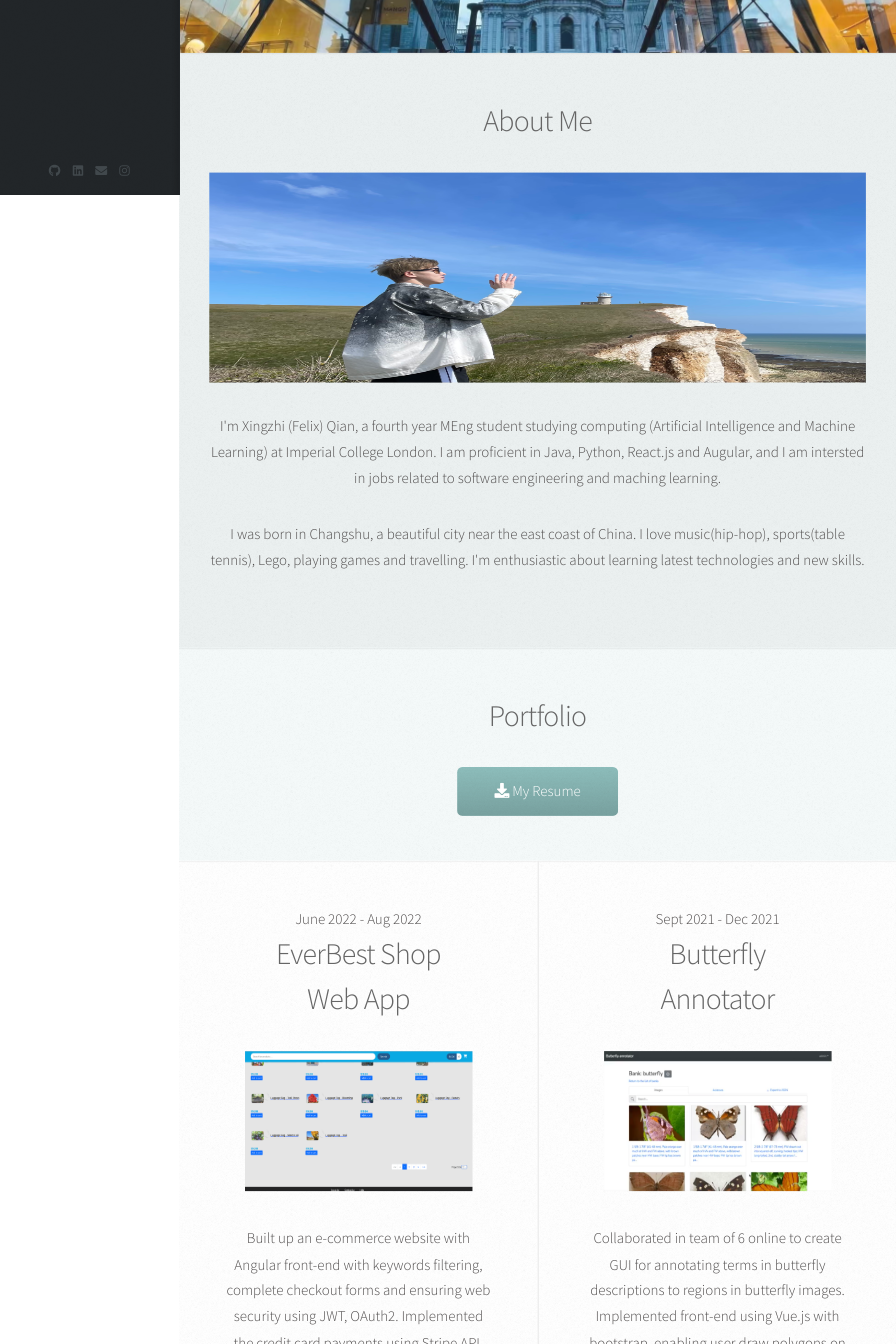
Repository: Felixqxz/Felixqxz.github.io
Page: index.html
An editor plug-in stored every save of this project. The page is shown before and after the next save, followed by the edit.
The browser window is 1280 px wide. The pictures show the part of the page from y = 442 to 2362 px (the page is 5353 px tall before and 5453 px after), at 70% of full size.

Above is the page before, as saved 2022-08-07 20:01:25.

### index.html
<!DOCTYPE HTML>
<!--
	Prologue by HTML5 UP
	html5up.net | @ajlkn
	Free for personal and commercial use under the CCA 3.0 license (html5up.net/license)
-->
<html>
	<head>
		<title>Felix's Portfolio</title>
		<meta charset="utf-8" />
		<meta name="viewport" content="width=device-width, initial-scale=1, user-scalable=no" />
		<link rel="stylesheet" href="assets/css/main.css" />
	</head>
	<body class="is-preload">

		<!-- Header -->
			<div id="header">

				<div class="top">

					<!-- Logo -->
						<div id="logo">
							<span class="image avatar48"><img src="images/avatar.jpg" alt="" /></span>
							<h1 id="title">Xingzhi Qian</h1>
							<p>Imperial College London</p>
						</div>

					<!-- Nav -->
						<nav id="nav">
							<ul>
								<li><a href="#top" id="top-link"><span class="icon solid fa-home">Intro</span></a></li>
								<li><a href="#about" id="about-link"><span class="icon solid fa-user">About Me</span></a></li>
								<li><a href="#portfolio" id="portfolio-link"><span class="icon solid fa-th">Portfolio</span></a></li>
								<!-- <li><a href="#contact" id="contact-link"><span class="icon solid fa-envelope">Contact</span></a></li> -->
							</ul>
						</nav>

				</div>

				<div class="bottom">

					<!-- Social Icons -->
						<ul class="icons">
							<li><a href="https://github.com/Felixqxz" class="icon brands fa-github"><span class="label">Github</span></a></li>
							<li><a href="https://www.linkedin.com/in/felixqian" class="icon brands fa-linkedin"><span class="label">LinkedIn</span></a></li>
							<li><a href="mailto: felixqianxz@gmail.com" class="icon solid fa-envelope"><span class="label">Email</span></a></li>
							<li><a href="https://www.instagram.com/felix_qxz" class="icon brands fa-instagram"><span class="label">Instagram</span></a></li>
						</ul>

				</div>

			</div>

		<!-- Main -->
			<div id="main">

				<!-- Intro -->
					<section id="top" class="one dark cover">
						<div class="container">

							<header>
								<h2 class="alt"> <strong> Hi! I'm Xingzhi (Felix), </strong></h2>
								<h2><strong>a fourth year MEng Computing student at</strong></h2>
								<h2><strong>Imperial College London</strong></h2>
							</header>

							<footer>
								<a href="#about" class="button scrolly">Explore more</a>
							</footer>

						</div>
					</section>


					<!-- About Me -->
					<section id="about" class="three">
						<div class="container">

							<header>
								<h2>About Me</h2>
							</header>

							<a href="#" class="image featured"><img src="images/photo.jpeg" height="300" width="50%" alt="" /></a>

							<p>I'm Xingzhi (Felix) Qian, a fourth year MEng student studying computing (Artificial Intelligence and Machine Learning)
								at Imperial College London. I am proficient in Java, Python, React.js and Augular, and I am intersted in jobs related to software engineering
							and maching learning. </p>
							<p>I was born in Changshu, a beautiful city near the east coast of China. I love music(hip-hop), sports(table tennis), Lego,
								 playing games and travelling.
								I'm enthusiastic about learning latest technologies and new skills.
							</p>

						</div>
					</section>

					<!-- Portfolio -->
					<section id="portfolio" class="two">
						<div class="container">

							<header>
								<h2>Portfolio</h2>
							</header>

							<a href="assets/CV.pdf" class="button" target="_blank"><i class="fa fa-download"></i>  My Resume</a>

						</div>
					</section>

					<section class="posts">
						<article>
							<header>
								<span class="date">June 2022 - Aug 2022</span>
								<h2>EverBest Shop<br />
								Web App</a></h2>
							</header>
							<img src="images/E-Commerce.jpg" width="325" height="200" alt="" /><br><br>
							<p>Built up an e-commerce website with Angular front-end with keywords filtering,
								complete checkout forms and ensuring web security using JWT, OAuth2. Implemented the credit card payments using Stripe API.
								Developed Spring Boot back-end using REST APIs and connectted with MySQL database.
							</p>
							<a href="https://github.com/Felixqxz/e-commerce" class="icon brands fa-github" style="font-size:36px"><span class="label">Github</span></a>
						</article>
						<article>
							<header>
								<span class="date">Sept 2021 - Dec 2021</span>
								<h2>Butterfly<br />
								Annotator</a></h2>
							</header>
							<img src="images/butterfly.jpg" width="325" height="200" alt="" /><br><br>
							<p>Collaborated in team of 6 online to create GUI for annotating terms in butterfly descriptions to regions in butterfly images.
							Implemented front-end using Vue.js with bootstrap, enabling user draw polygons on canvas to manually select regions.
							Used Flask and SQLite at back-end and designed the functionality that can automatically generate possible
							keywords and set different permissions (admin, viewer, editor).
							</p>
							<a href="https://github.com/Felixqxz/butterfly-annotator" class="icon brands fa-github" style="font-size:36px"><span class="label">Github</span></a>
						</article>
						<article>
							<header>
								<span class="date">June 2021 - July 2021</span>
								<h2>Personal<br />
								Blog</h2>
							</header>
							<img src="images/personal-blog.jpeg"  width="325" height="200" alt="" /><br><br>
							<p>Created and built up the personal blog that enables different users to add their own blogs with Markdown format.
								Implemented front-end using Vue with element-UI, and back-end using Spring boot with MySQL. Used JWT (JSON Web Tokens) to ensure
								security between front-end and back-end.
							</p><br><br>
							<a href="https://github.com/Felixqxz/blog" class="icon brands fa-github" style="font-size:36px"><span class="label">Github</span></a>
						</article>
						<article>
							<header>
								<span class="date">May 2021</span>
								<h2>Online Platform for<br />
									 Chinese Students at Imperial</h2>
							</header>
							<img src="images/ios.jpg" width="250" height="350" alt="" /><br><br>
							<p>Built up a mobile app that provides a platform for Chinese students at Imperial College to post problem that they would like to ask or share.
								Interviewed a few Chinese students in different years at Imperial and improved the software based on their feedback during the project iterations.
								Implemented using Swift for both front-end and back-end with Firebase as cloud-based NoSQL database.

							</p><br><br>
							<a href="https://github.com/Felixqxz/drp" class="icon brands fa-github" style="font-size:36px"><span class="label">Github</span></a>
						</article>
						<article>
							<header>
								<span class="date">Oct 2020 - Dec 2020</span>
								<h2>WACC<br />
								Compiler</h2>
							</header>
							<img src="images/wacc.png" width="325" height="200" alt="" /><br><br>
							<p>Worked in team of 4 online to build up Wacc compiler that generates assembly code using Java. Wacc is a simple language for educational purposes.
								Generated the language parser and constructed abstract syntax tree using ANTLR tool.
								Allowed for syntax and semantic checking of inputs and generate error messages according to both syntax and semantic error.


							</p><br><br>
							<a href="https://github.com/Felixqxz/Wacc" class="icon brands fa-github" style="font-size:36px"><span class="label">Github</span></a>
						</article>
						<article>
							<header>
								<span class="date">June 2018 - July 2018</span>
								<h2>Cataracts Classification<br /> Using SqueezeNet</h2>
							</header>
							<img src="images/cataracts.jpeg" width="325" height="200" alt="" /><br><br>
							<p>Used SqueezeNet, a deep neural network with few parameters, on cataracts classification that can help
								ophthalmologists diagnose different types of cataracts with images, achieving accuracy on test data at 96.1%.
								Generated and applied data augmentation to preprocess data for labeled datasets, and trained model with
								transfer learning using Keras and TensorFlow.
								Came up with the idea from volunteering in ophthalmology department and finding it took ophthalmologists
								time to diagnose different types of cataracts.


							</p>
							<a href="https://github.com/Felixqxz/cataracts-classification" class="icon brands fa-github" style="font-size:36px"><span class="label">Github</span></a>
						</article>
					</section>



				<!-- Contact -->
					<!-- <section id="contact" class="four">
						<div class="container">

							<header>
								<h2>Contact</h2>
							</header>

							<p>Elementum sem parturient nulla quam placerat viverra
							mauris non cum elit tempus ullamcorper dolor. Libero rutrum ut lacinia
							donec curae mus. Eleifend id porttitor ac ultricies lobortis sem nunc
							orci ridiculus faucibus a consectetur. Porttitor curae mauris urna mi dolor.</p>

							<form method="post" action="#">
								<div class="row">
									<div class="col-6 col-12-mobile"><input type="text" name="name" placeholder="Name" /></div>
									<div class="col-6 col-12-mobile"><input type="text" name="email" placeholder="Email" /></div>
									<div class="col-12">
										<textarea name="message" placeholder="Message"></textarea>
									</div>
									<div class="col-12">
										<input type="submit" value="Send Message" />
									</div>
								</div>
							</form>

						</div>
					</section> -->

			</div>

		<!-- Footer -->
			<div id="footer">

				<!-- Copyright -->
					<ul class="copyright">
						<li>&copy; Copyright © 2022 Xingzhi Qian All Rights Reserved.</li><br>
						<li>&copy; Created by Xingzhi Qian </li>
					</ul>

			</div>

		<!-- Scripts -->
			<script src="assets/js/jquery.min.js"></script>
			<script src="assets/js/jquery.scrolly.min.js"></script>
			<script src="assets/js/jquery.scrollex.min.js"></script>
			<script src="assets/js/browser.min.js"></script>
			<script src="assets/js/breakpoints.min.js"></script>
			<script src="assets/js/util.js"></script>
			<script src="assets/js/main.js"></script>

	</body>
</html>

Loaded but not shown: assets/css/fontawesome-all.min.css (library); assets/js/jquery.min.js (library); assets/js/jquery.scrolly.min.js (common file); assets/js/jquery.scrollex.min.js (common file); assets/js/browser.min.js (common file); assets/js/breakpoints.min.js (common file); assets/js/util.js (587 lines, source omitted); assets/js/main.js (123 lines, source omitted); assets/css/main.css (2800 lines, source omitted)

After the next save:
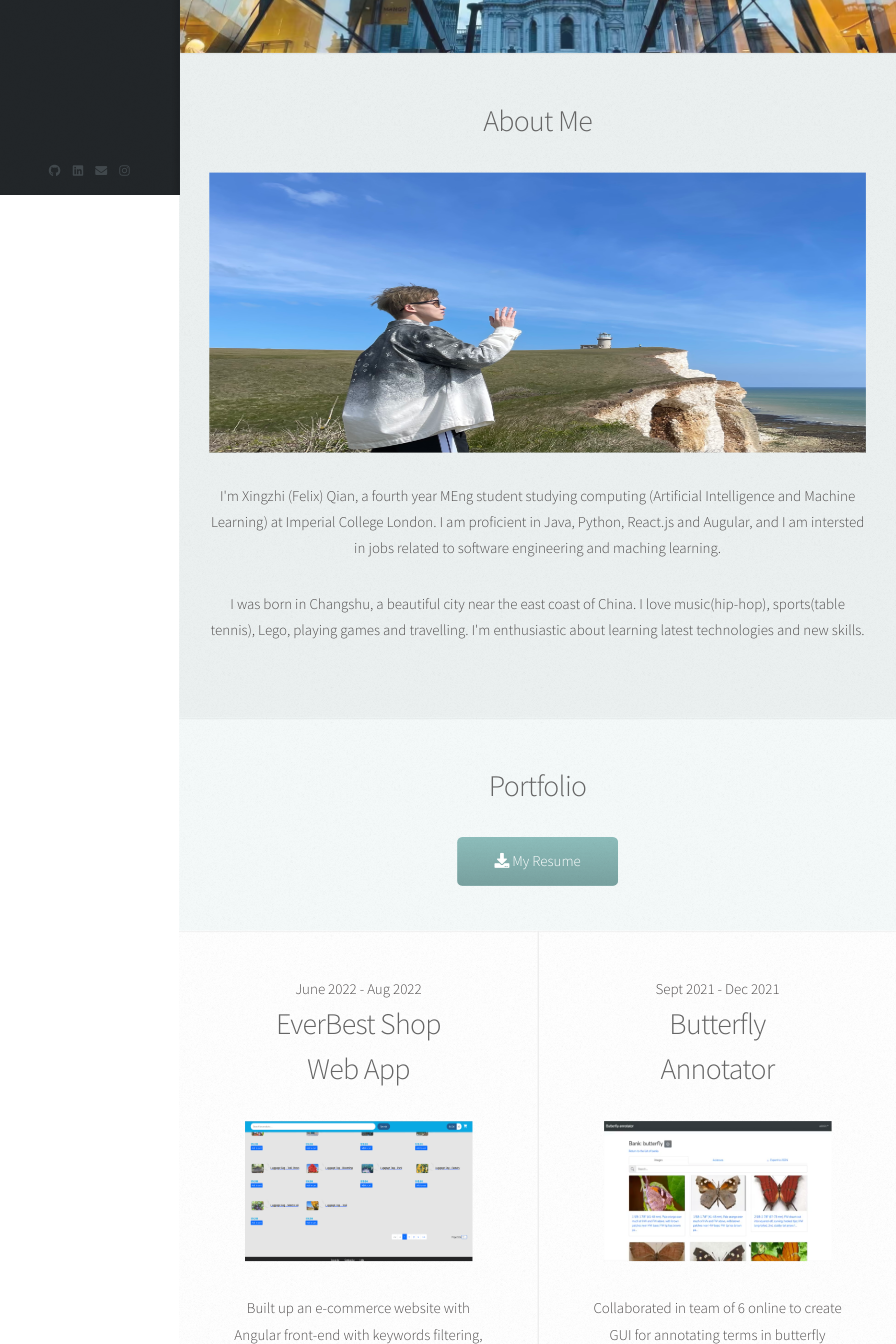
Saved 6 s later.
--- a/index.html
+++ b/index.html
@@ -80,7 +80,7 @@
 								<h2>About Me</h2>
 							</header>
 
-							<a href="#" class="image featured"><img src="images/photo.jpeg" height="300" width="50%" alt="" /></a>
+							<a href="#" class="image featured"><img src="images/photo.jpeg" height="400" width="50%" alt="" /></a>
 
 							<p>I'm Xingzhi (Felix) Qian, a fourth year MEng student studying computing (Artificial Intelligence and Machine Learning)
 								at Imperial College London. I am proficient in Java, Python, React.js and Augular, and I am intersted in jobs related to software engineering
